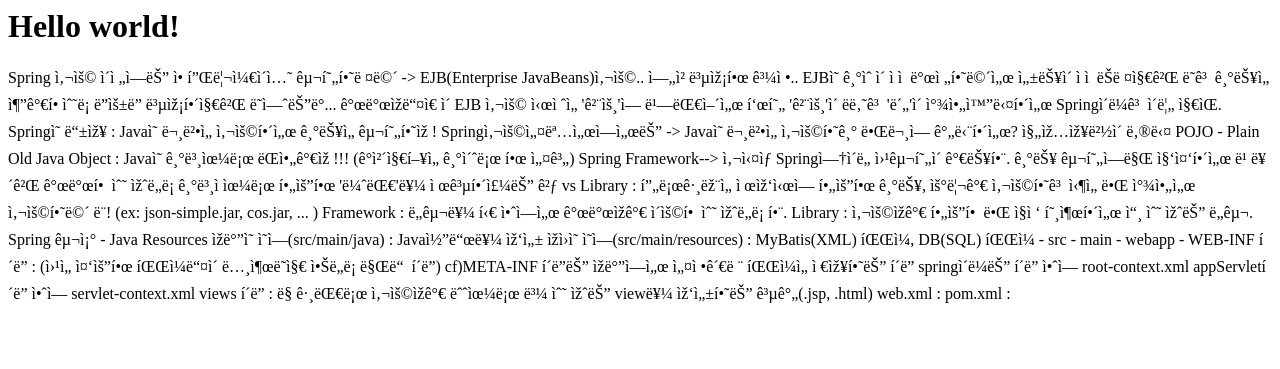
Repository: moondolph/SKKU_IT_Education
Page: http://localhost/Sep29_1_SpringMVC/
These files come from the project's save history. The page is drawn as it stood at one moment and after the next save; the edit follows.
The browser window is 1280 px wide. The pictures show the whole page.
The page is served by Tomcat 9.

Above is the page before, as saved 2022-09-29 02:47:36.

After the next save:
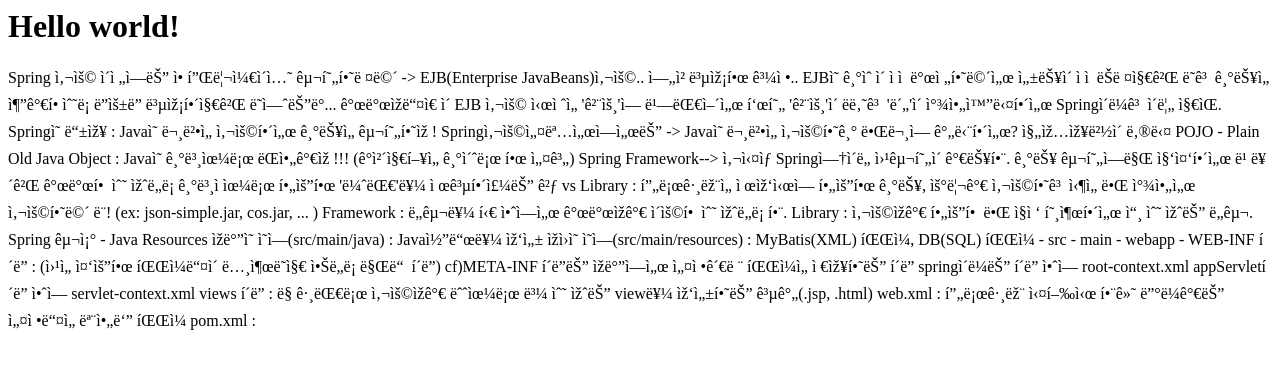
Saved 26 s later.
--- a/Sep29_1_SpringMVC/src/main/webapp/WEB-INF/views/home.jsp
+++ b/Sep29_1_SpringMVC/src/main/webapp/WEB-INF/views/home.jsp
@@ -45,7 +45,7 @@
 
 			views 폴더 : 말 그대로 사용자가 눈으로 볼 수 있는 view를 작성하는 공간(.jsp, .html)
 
-			web.xml :
+			web.xml : 프로그램 실행시 함께 따라가는 설정들을 모아둔 파일
 
 			pom.xml	:
 
